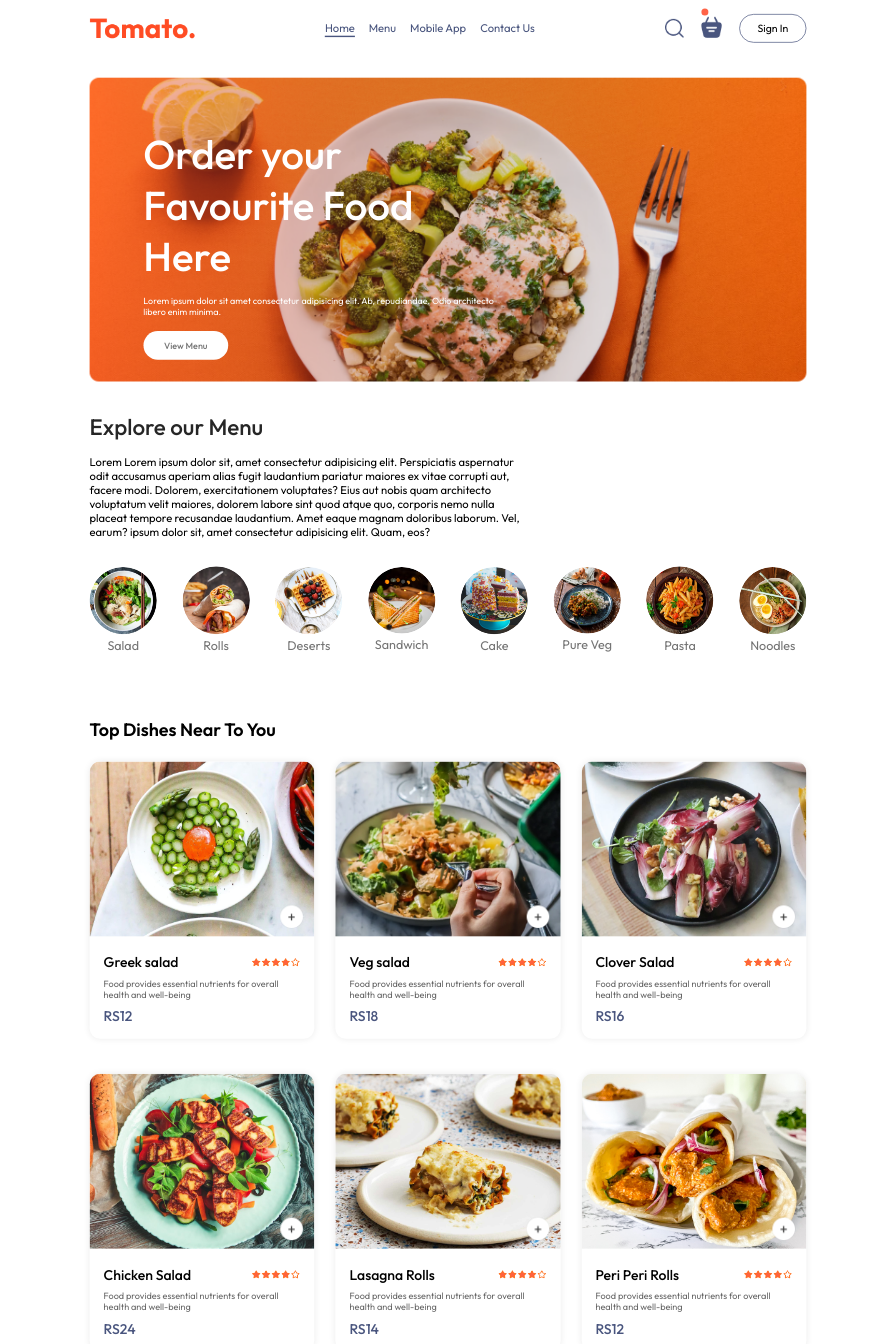
Repository: Attar786/Food-ordering-app
Page: / (app in frontend/), after clicking the first element matching `button`
An editor plug-in stored every save of this project. The page is shown before and after the next save, followed by the edit.
The browser window is 1280 px wide. The pictures show the part of the page from y = 0 to 1920 px (the page is 6732 px tall before and 6752 px after), at 70% of full size.
The project was rebuilt for these pictures with package versions that can differ from the ones it lists, and the page was loaded fresh each time. Also part of the build but not shown: frontend/vite.config.js, frontend/src/pages/Cart/Cart.css, frontend/src/pages/Cart/Cart.jsx, frontend/src/pages/PlaceOrder/PlaceOrder.css, frontend/src/pages/PlaceOrder/PlaceOrder.jsx, frontend/src/components/LoginPopup/LoginPopup.css.

Above is the page before, as saved 2024-07-29 20:16:39.

After the next save:
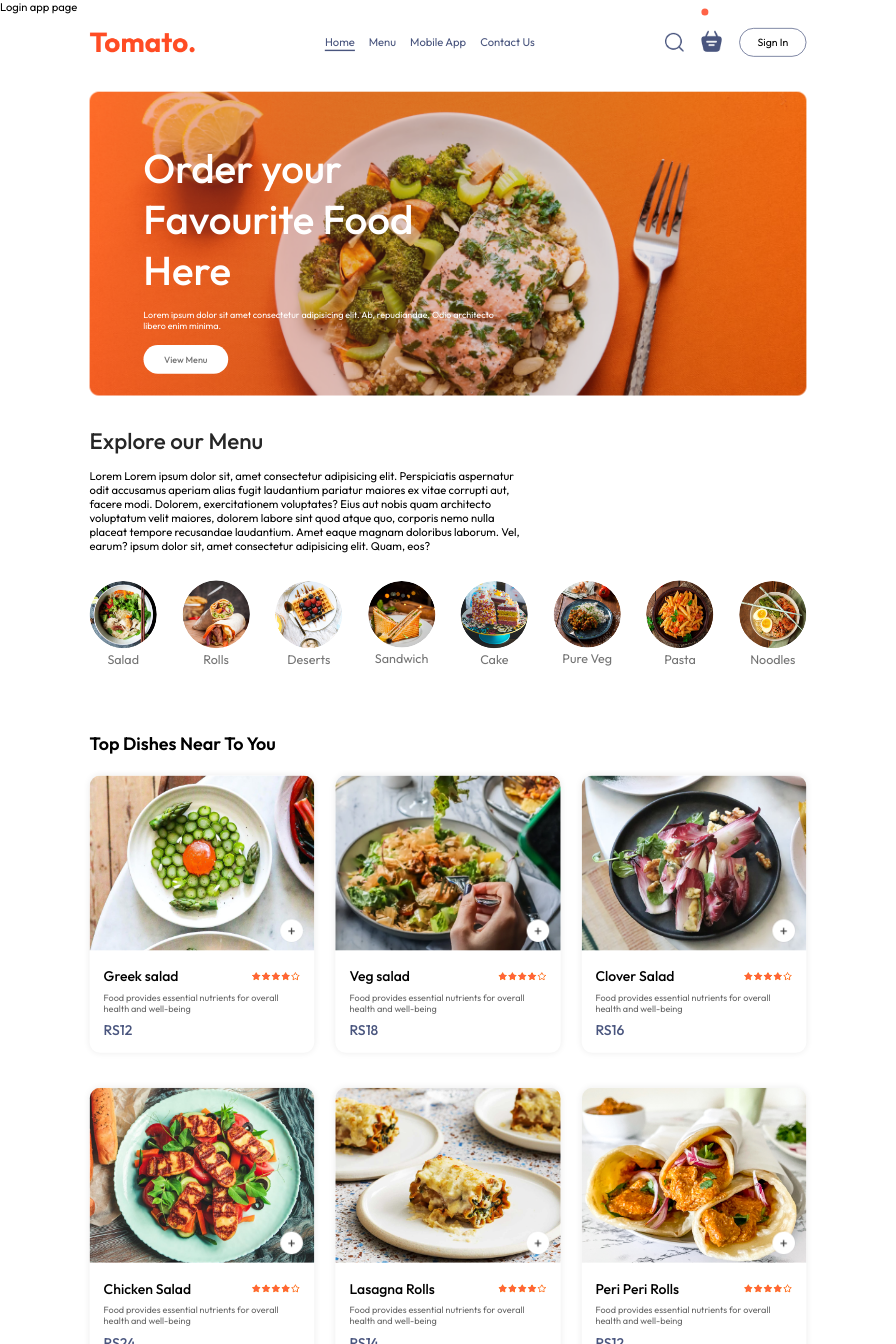
Saved 89 s later.
--- a/frontend/src/components/LoginPopup/LoginPopup.jsx
+++ b/frontend/src/components/LoginPopup/LoginPopup.jsx
@@ -2,7 +2,7 @@ import "./LoginPopup.css"
 const LoginPopup = () => {
   return (
     <div>
-
+      Login app page
     </div>
   )
 }

After the save that followed:
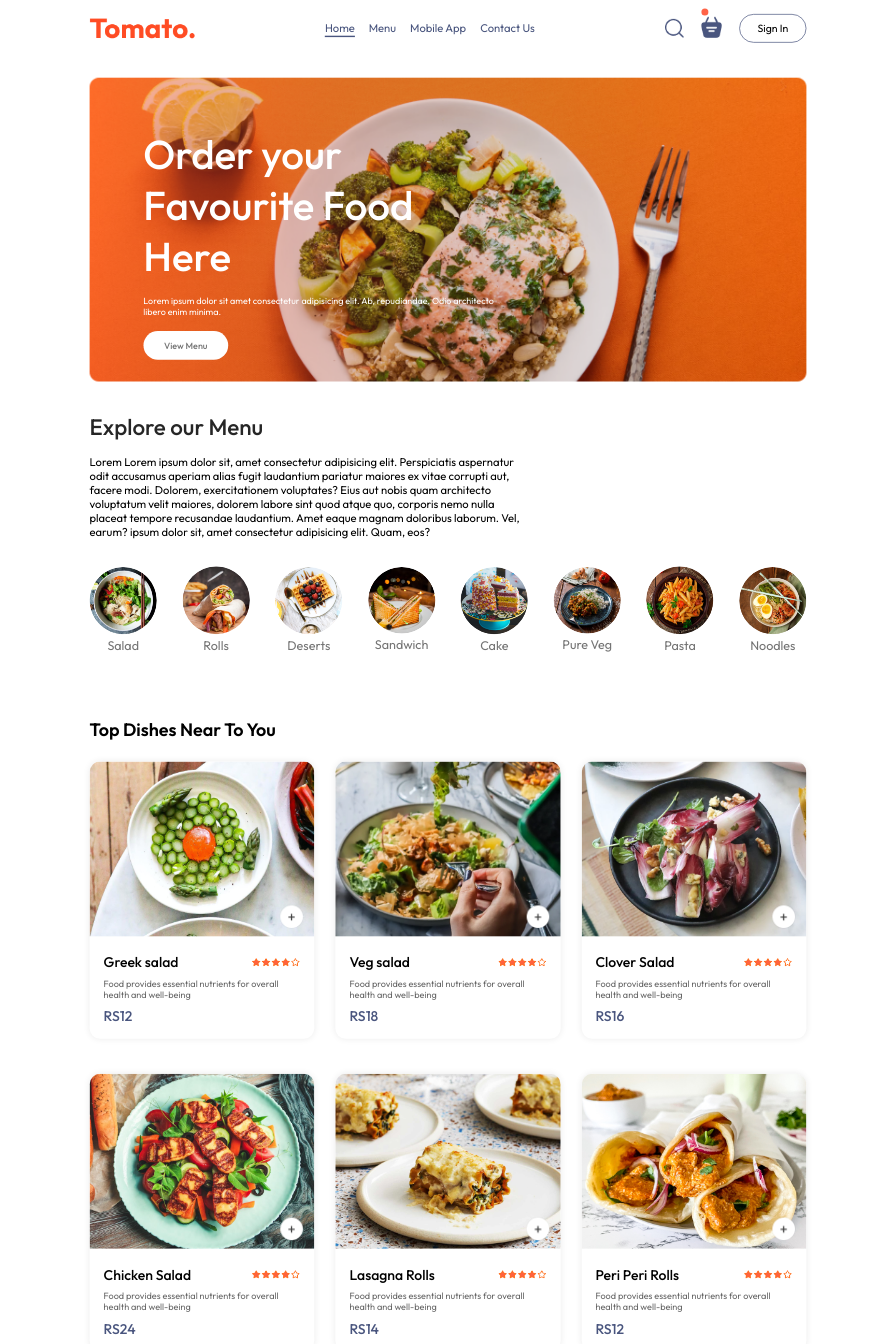
Saved 4 min 18 s later.
--- a/frontend/src/components/LoginPopup/LoginPopup.jsx
+++ b/frontend/src/components/LoginPopup/LoginPopup.jsx
@@ -1,8 +1,8 @@
 import "./LoginPopup.css"
 const LoginPopup = () => {
   return (
-    <div>
-      Login app page
+    <div className="login-popup">
+      <form action="" className="login-popup-container"></form>
     </div>
   )
 }
